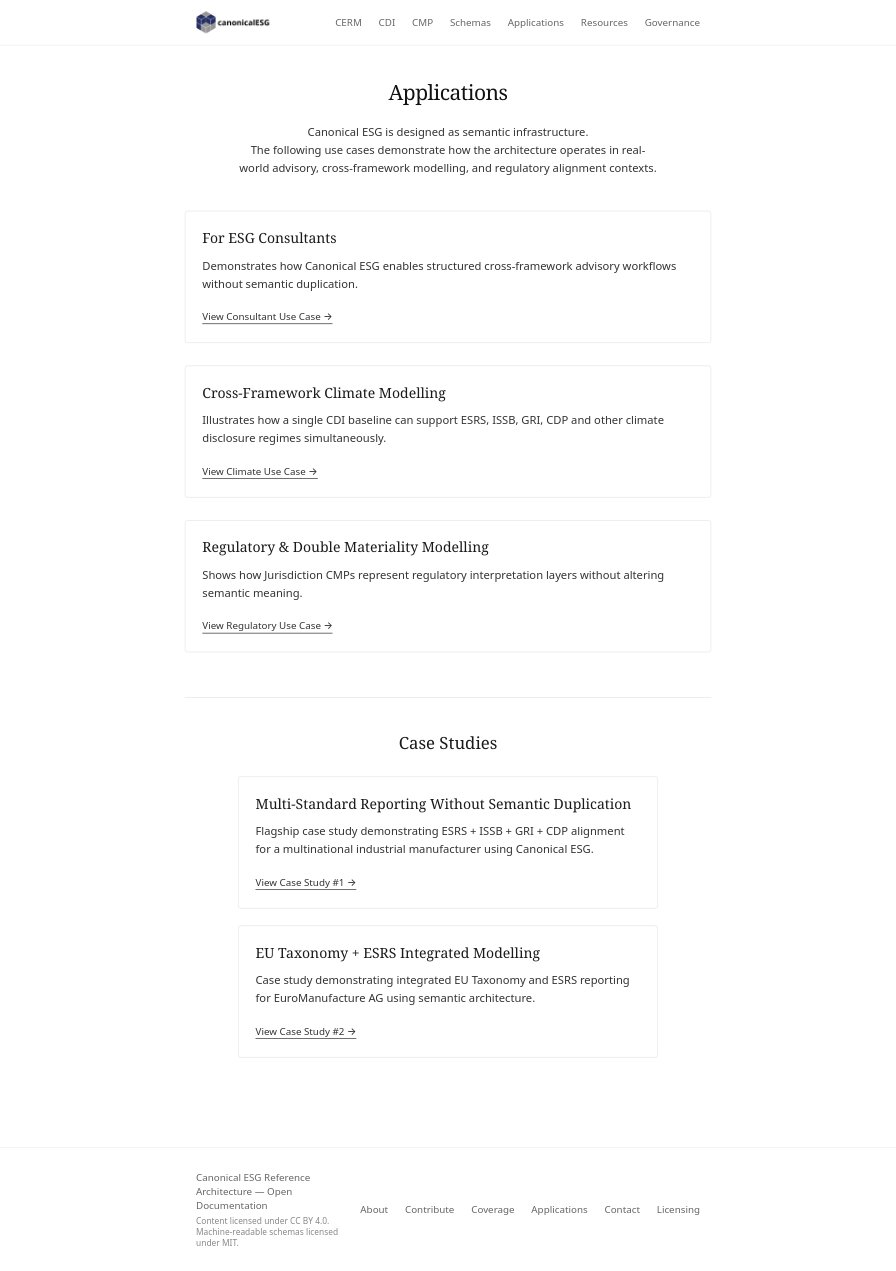
Repository: udaysxd/canonicalesg
Page: /applications
These files come from the project's save history. The page is drawn as it stood at one moment and after the next save; the edit follows.
The browser window is 1280 px wide. The pictures show the whole page, at 70% of full size.
The project was rebuilt for these pictures with package versions that can differ from the ones it lists, and the page was loaded fresh each time. The framework's server and built-in components were replaced by stand-ins that run in the browser. Also part of the build but not shown: next.config.ts.

Above is the page before, as saved 2026-02-09 00:21:20.

### src/app/layout.tsx
import type { Metadata } from "next";
import "./globals.css";

// Force deployment refresh
export const metadata: Metadata = {
  title: "Canonical ESG Reference Architecture",
  description: "Open, non-authoritative reference architecture for sustainability reporting",
};

export default function RootLayout({
  children,
}: Readonly<{
  children: React.ReactNode;
}>) {
  return (
    <html lang="en">
      <body className="antialiased bg-white text-[#1a1a1a]" style={{ fontFamily: 'system-ui, -apple-system, BlinkMacSystemFont, "Segoe UI", Roboto, Helvetica, Arial, sans-serif' }}>
        <header className="border-b border-[#eee] bg-white">
          <div className="max-w-3xl mx-auto px-6 py-4">
            <nav className="flex items-center justify-between">
              <a href="/" className="flex items-center">
                <img
                  src="/logo-v2.png"
                  alt="Canonical ESG"
                  className="h-8 w-auto"
                />
              </a>
              <ul className="flex gap-6 text-sm">
                <li><a href="/cerm" className="text-[#666] hover:text-[#1a1a1a] hover:underline">CERM</a></li>
                <li><a href="/cdi" className="text-[#666] hover:text-[#1a1a1a] hover:underline">CDI</a></li>
                <li><a href="/cmp" className="text-[#666] hover:text-[#1a1a1a] hover:underline">CMP</a></li>
                <li><a href="/schemas" className="text-[#666] hover:text-[#1a1a1a] hover:underline">Schemas</a></li>
                <li><a href="/applications" className="text-[#666] hover:text-[#1a1a1a] hover:underline">Applications</a></li>
                <li><a href="/resources" className="text-[#666] hover:text-[#1a1a1a] hover:underline">Resources</a></li>
                <li><a href="/governance" className="text-[#666] hover:text-[#1a1a1a] hover:underline">Governance</a></li>
              </ul>
            </nav>
          </div>
        </header>
        {children}
        <footer className="border-t border-[#eee] mt-20">
          <div className="max-w-3xl mx-auto px-6 py-8">
            <div className="flex flex-col sm:flex-row justify-between items-start sm:items-center gap-4">
              <div>
                <p className="text-sm text-[#666]">Canonical ESG Reference Architecture — Open Documentation</p>
                <p className="text-xs text-[#888] mt-1">Content licensed under CC BY 4.0. Machine-readable schemas licensed under MIT.</p>
              </div>
              <ul className="flex gap-6 text-sm">
                <li><a href="/about" className="text-[#666] hover:text-[#1a1a1a] hover:underline">About</a></li>
                <li><a href="/contribute" className="text-[#666] hover:text-[#1a1a1a] hover:underline">Contribute</a></li>
                <li><a href="/framework-coverage" className="text-[#666] hover:text-[#1a1a1a] hover:underline">Coverage</a></li>
                <li><a href="/applications" className="text-[#666] hover:text-[#1a1a1a] hover:underline">Applications</a></li>
                <li><a href="/contact" className="text-[#666] hover:text-[#1a1a1a] hover:underline">Contact</a></li>
                <li><a href="/licensing" className="text-[#666] hover:text-[#1a1a1a] hover:underline">Licensing</a></li>
              </ul>
            </div>
          </div>
        </footer>
      </body>
    </html>
  );
}

### src/app/applications/page.tsx
export default function UseCasesIndexPage() {
  return (
    <main className="max-w-[800px] mx-auto px-6 py-12">
      <header className="mb-12 text-center">
        <h1 className="font-serif text-[#111] text-3xl font-medium tracking-tight leading-tight mb-6">
          Applications
        </h1>
        <p className="text-[#333] text-base leading-relaxed max-w-[600px] mx-auto">
          Canonical ESG is designed as semantic infrastructure.
          <br />
          The following use cases demonstrate how the architecture operates in real-world advisory, cross-framework modelling, and regulatory alignment contexts.
        </p>
      </header>

      <section className="space-y-8 mb-16">
        <div className="border border-[#e5e5e5] rounded p-6">
          <h2 className="font-serif text-[#1a1a1a] text-xl font-medium mb-3">
            For ESG Consultants
          </h2>
          <p className="text-[#333] text-base leading-relaxed mb-5">
            Demonstrates how Canonical ESG enables structured cross-framework advisory workflows without semantic duplication.
          </p>
          <a
            href="/applications/consultants"
            className="inline-block text-[#333] hover:text-[#111] text-sm font-medium border-b border-[#333] hover:border-[#111] transition-colors"
          >
            View Consultant Use Case →
          </a>
        </div>

        <div className="border border-[#e5e5e5] rounded p-6">
          <h2 className="font-serif text-[#1a1a1a] text-xl font-medium mb-3">
            Cross-Framework Climate Modelling
          </h2>
          <p className="text-[#333] text-base leading-relaxed mb-5">
            Illustrates how a single CDI baseline can support ESRS, ISSB, GRI, CDP and other climate disclosure regimes simultaneously.
          </p>
          <a
            href="/applications/cross-framework-climate-modelling"
            className="inline-block text-[#333] hover:text-[#111] text-sm font-medium border-b border-[#333] hover:border-[#111] transition-colors"
          >
            View Climate Use Case →
          </a>
        </div>

        <div className="border border-[#e5e5e5] rounded p-6">
          <h2 className="font-serif text-[#1a1a1a] text-xl font-medium mb-3">
            Regulatory & Double Materiality Modelling
          </h2>
          <p className="text-[#333] text-base leading-relaxed mb-5">
            Shows how Jurisdiction CMPs represent regulatory interpretation layers without altering semantic meaning.
          </p>
          <a
            href="/applications/regulatory-modelling"
            className="inline-block text-[#333] hover:text-[#111] text-sm font-medium border-b border-[#333] hover:border-[#111] transition-colors"
          >
            View Regulatory Use Case →
          </a>
        </div>
      </section>

      <section className="border-t border-[#e5e5e5] pt-12">
        <h2 className="font-serif text-[#1a1a1a] text-2xl font-medium mb-8 text-center">
          Case Studies
        </h2>
        <div className="space-y-6 max-w-[600px] mx-auto">
          <div className="border border-[#e5e5e5] rounded p-6">
            <h3 className="font-serif text-[#1a1a1a] text-xl font-medium mb-3">
              Multi-Standard Reporting Without Semantic Duplication
            </h3>
            <p className="text-[#333] text-base leading-relaxed mb-5">
              Flagship case study demonstrating ESRS + ISSB + GRI + CDP alignment for a multinational industrial manufacturer using Canonical ESG.
            </p>
            <a
              href="/applications/flagship-case-study"
              className="inline-block text-[#333] hover:text-[#111] text-sm font-medium border-b border-[#333] hover:border-[#111] transition-colors"
            >
              View Case Study #1 →
            </a>
          </div>

          <div className="border border-[#e5e5e5] rounded p-6">
            <h3 className="font-serif text-[#1a1a1a] text-xl font-medium mb-3">
              EU Taxonomy + ESRS Integrated Modelling
            </h3>
            <p className="text-[#333] text-base leading-relaxed mb-5">
              Case study demonstrating integrated EU Taxonomy and ESRS reporting for EuroManufacture AG using semantic architecture.
            </p>
            <a
              href="/applications/eu-taxonomy-esrs-integration"
              className="inline-block text-[#333] hover:text-[#111] text-sm font-medium border-b border-[#333] hover:border-[#111] transition-colors"
            >
              View Case Study #2 →
            </a>
          </div>
        </div>
      </section>
    </main>
  );
}

### src/app/globals.css
@import "tailwindcss";

:root {
  --background: #ffffff;
  --foreground: #1a1a1a;
}

@theme inline {
  --color-background: var(--background);
  --color-foreground: var(--foreground);
  --font-sans: system-ui, -apple-system, BlinkMacSystemFont, "Segoe UI", Roboto, Helvetica, Arial, sans-serif;
  --font-mono: ui-monospace, SFMono-Regular, Menlo, Monaco, Consolas, monospace;
}

@media (prefers-color-scheme: dark) {
  :root {
    --background: #0a0a0a;
    --foreground: #ededed;
  }
}

body {
  background: var(--background);
  color: var(--foreground);
  font-family: system-ui, -apple-system, BlinkMacSystemFont, "Segoe UI", Roboto, Helvetica, Arial, sans-serif;
  font-size: 16px;
  line-height: 1.7;
}

/* Typography hierarchy for prose content */
.prose h1 {
  font-size: 2.25rem;
  font-weight: 600;
  line-height: 1.2;
  margin-bottom: 1rem;
  margin-top: 0;
  color: #111;
}

.prose h2 {
  font-size: 1.5rem;
  font-weight: 600;
  line-height: 1.3;
  margin-top: 2.5rem;
  margin-bottom: 0.75rem;
  color: #1a1a1a;
}

.prose h3 {
  font-size: 1.2rem;
  font-weight: 600;
  line-height: 1.4;
  margin-top: 2rem;
  margin-bottom: 0.5rem;
  color: #1a1a1a;
}

.prose p {
  margin-bottom: 1rem;
  line-height: 1.7;
}

.prose ul,
.prose ol {
  margin-bottom: 1rem;
  padding-left: 1.5rem;
}

.prose li {
  margin-bottom: 0.25rem;
  line-height: 1.7;
}

.prose li > ul,
.prose li > ol {
  margin-top: 0.25rem;
  margin-bottom: 0.25rem;
}

.prose a {
  color: #1a1a1a;
  text-decoration: underline;
  text-decoration-color: #999;
  text-underline-offset: 0.15em;
}

.prose a:hover {
  text-decoration-color: #1a1a1a;
}

.prose strong {
  font-weight: 600;
  color: #111;
}

.prose code {
  font-family: ui-monospace, SFMono-Regular, Menlo, Monaco, Consolas, monospace;
  font-size: 0.9em;
  background: #f5f5f5;
  padding: 0.15em 0.35em;
  border-radius: 3px;
}

.prose pre {
  background: #f5f5f5;
  padding: 1rem;
  border-radius: 4px;
  overflow-x: auto;
  margin-bottom: 1rem;
}

.prose pre code {
  background: none;
  padding: 0;
}

.prose hr {
  border: none;
  border-top: 1px solid #eee;
  margin: 2.5rem 0;
}

.prose blockquote {
  border-left: 3px solid #ddd;
  padding-left: 1rem;
  margin-left: 0;
  margin-bottom: 1rem;
  color: #555;
}

.prose table {
  width: 100%;
  border-collapse: collapse;
  margin-bottom: 1rem;
  font-size: 0.95rem;
}

.prose th,
.prose td {
  padding: 0.5rem 0.75rem;
  text-align: left;
  border-bottom: 1px solid #eee;
}

.prose th {
  font-weight: 600;
  border-bottom: 2px solid #ddd;
}

/* Breadcrumb styling */
.breadcrumb {
  font-size: 0.875rem;
  color: #666;
}

.breadcrumb a {
  color: #666;
  text-decoration: none;
}

.breadcrumb a:hover {
  color: #1a1a1a;
  text-decoration: underline;
}

/* Meta text styling */
.meta-text {
  font-size: 0.875rem;
  color: #666;
}

/* Content container max width */
.content-container {
  max-width: 720px;
  margin-left: auto;
  margin-right: auto;
}

After the next save:
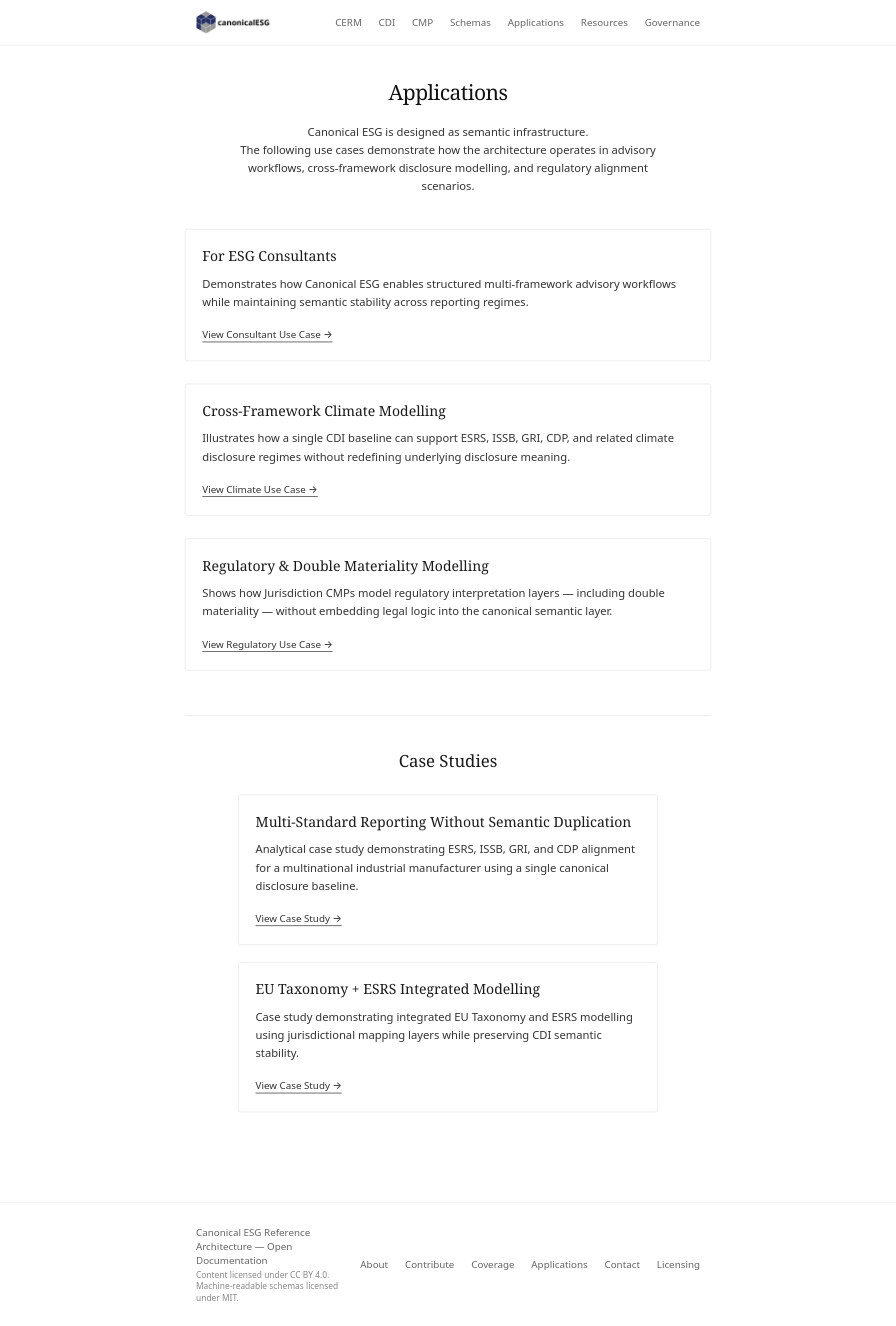
Saved 96 s later.
--- a/src/app/applications/page.tsx
+++ b/src/app/applications/page.tsx
@@ -8,7 +8,7 @@
         <p className="text-[#333] text-base leading-relaxed max-w-[600px] mx-auto">
           Canonical ESG is designed as semantic infrastructure.
           <br />
-          The following use cases demonstrate how the architecture operates in real-world advisory, cross-framework modelling, and regulatory alignment contexts.
+          The following use cases demonstrate how the architecture operates in advisory workflows, cross-framework disclosure modelling, and regulatory alignment scenarios.
         </p>
       </header>
 
@@ -18,7 +18,7 @@
             For ESG Consultants
           </h2>
           <p className="text-[#333] text-base leading-relaxed mb-5">
-            Demonstrates how Canonical ESG enables structured cross-framework advisory workflows without semantic duplication.
+            Demonstrates how Canonical ESG enables structured multi-framework advisory workflows while maintaining semantic stability across reporting regimes.
           </p>
           <a
             href="/applications/consultants"
@@ -33,7 +33,7 @@
             Cross-Framework Climate Modelling
           </h2>
           <p className="text-[#333] text-base leading-relaxed mb-5">
-            Illustrates how a single CDI baseline can support ESRS, ISSB, GRI, CDP and other climate disclosure regimes simultaneously.
+            Illustrates how a single CDI baseline can support ESRS, ISSB, GRI, CDP, and related climate disclosure regimes without redefining underlying disclosure meaning.
           </p>
           <a
             href="/applications/cross-framework-climate-modelling"
@@ -48,7 +48,7 @@
             Regulatory & Double Materiality Modelling
           </h2>
           <p className="text-[#333] text-base leading-relaxed mb-5">
-            Shows how Jurisdiction CMPs represent regulatory interpretation layers without altering semantic meaning.
+            Shows how Jurisdiction CMPs model regulatory interpretation layers — including double materiality — without embedding legal logic into the canonical semantic layer.
           </p>
           <a
             href="/applications/regulatory-modelling"
@@ -69,13 +69,13 @@
               Multi-Standard Reporting Without Semantic Duplication
             </h3>
             <p className="text-[#333] text-base leading-relaxed mb-5">
-              Flagship case study demonstrating ESRS + ISSB + GRI + CDP alignment for a multinational industrial manufacturer using Canonical ESG.
+              Analytical case study demonstrating ESRS, ISSB, GRI, and CDP alignment for a multinational industrial manufacturer using a single canonical disclosure baseline.
             </p>
             <a
               href="/applications/flagship-case-study"
               className="inline-block text-[#333] hover:text-[#111] text-sm font-medium border-b border-[#333] hover:border-[#111] transition-colors"
             >
-              View Case Study #1 →
+              View Case Study →
             </a>
           </div>
 
@@ -84,13 +84,13 @@
               EU Taxonomy + ESRS Integrated Modelling
             </h3>
             <p className="text-[#333] text-base leading-relaxed mb-5">
-              Case study demonstrating integrated EU Taxonomy and ESRS reporting for EuroManufacture AG using semantic architecture.
+              Case study demonstrating integrated EU Taxonomy and ESRS modelling using jurisdictional mapping layers while preserving CDI semantic stability.
             </p>
             <a
               href="/applications/eu-taxonomy-esrs-integration"
               className="inline-block text-[#333] hover:text-[#111] text-sm font-medium border-b border-[#333] hover:border-[#111] transition-colors"
             >
-              View Case Study #2 →
+              View Case Study →
             </a>
           </div>
         </div>
